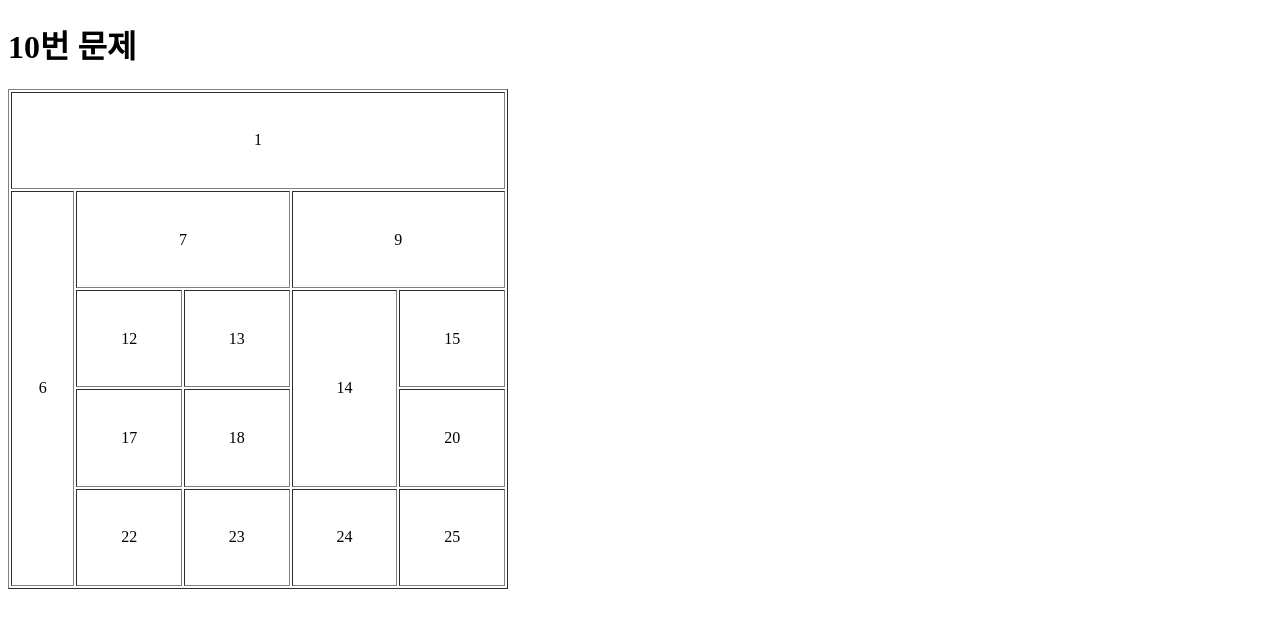
Repository: zzzzzzin/Client
Page: ClientTest/src/main/webapp/문제/Q10.html
An editor plug-in stored every save of this project. The page is shown before and after the next save, followed by the edit.
The browser window is 1280 px wide. The pictures show the whole page.

Above is the page before, as saved 2024-03-13 08:25:49.

### ClientTest/src/main/webapp/문제/Q10.html
<!DOCTYPE html>
<html>
<head>
<meta charset="EUC-KR">
<title>Insert title here</title>
</head>
<body>
	<h1>10번 문제</h1>
	<table border="1" width="500" height="500">
		<tr align="center">
			<td colspan="5">1</td>
		</tr>
		<tr align="center">
			<td rowspan="4">6</td>
			<td colspan="2">7</td>
			<td colspan="2">9</td>
		</tr>
		<tr align="center">
			<td>12</td>
			<td>13</td>
			<td rowspan="2">14</td>
			<td>15</td>
		</tr>
		<tr align="center">
			<td>17</td>
			<td>18</td>
			<td>20</td>
		</tr>
		<tr align="center">
			<td>22</td>
			<td>23</td>
			<td>24</td>
			<td>25</td>
		</tr>
	</table>
</body>
</html>

After the next save:
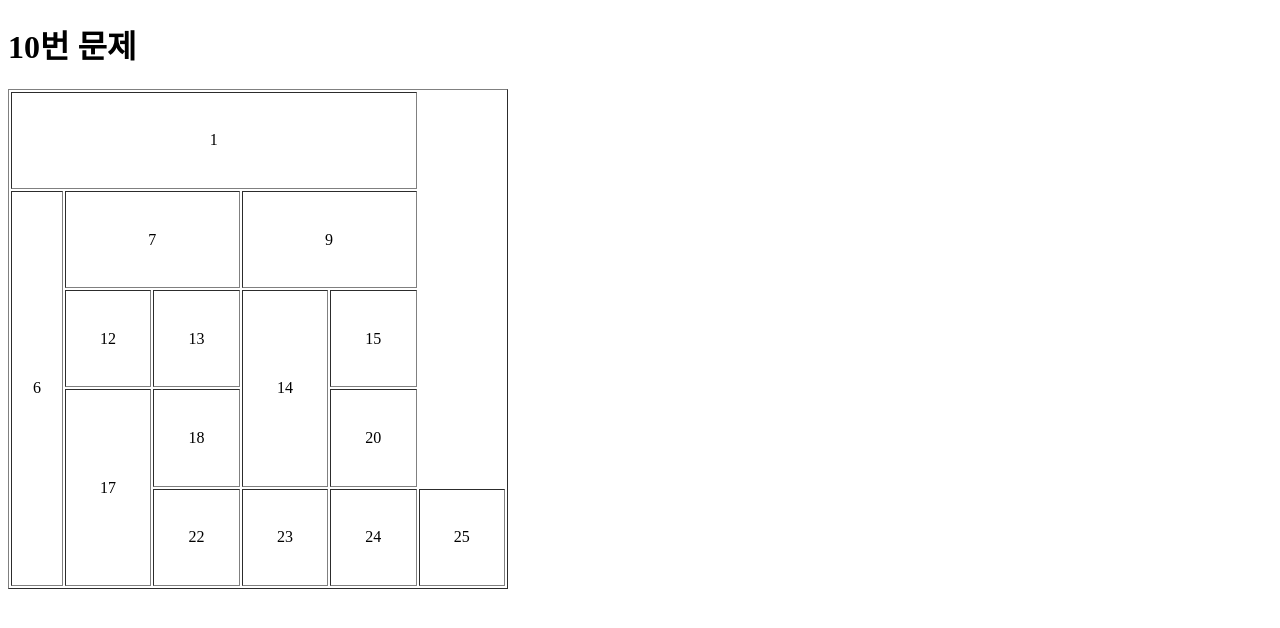
Saved 13 s later.
--- a/ClientTest/src/main/webapp/문제/Q10.html
+++ b/ClientTest/src/main/webapp/문제/Q10.html
@@ -22,7 +22,7 @@
 			<td>15</td>
 		</tr>
 		<tr align="center">
-			<td>17</td>
+			<td rowspan="2">17</td>
 			<td>18</td>
 			<td>20</td>
 		</tr>

After the save that followed:
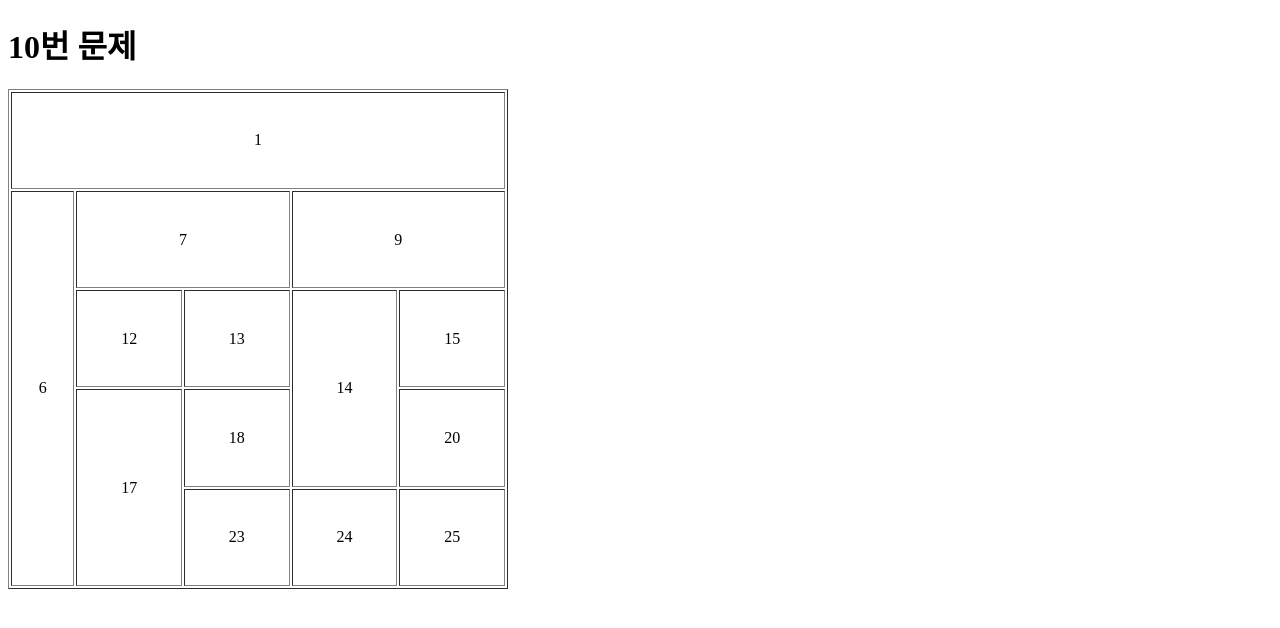
Saved 7 s later.
--- a/ClientTest/src/main/webapp/문제/Q10.html
+++ b/ClientTest/src/main/webapp/문제/Q10.html
@@ -27,7 +27,6 @@
 			<td>20</td>
 		</tr>
 		<tr align="center">
-			<td>22</td>
 			<td>23</td>
 			<td>24</td>
 			<td>25</td>
